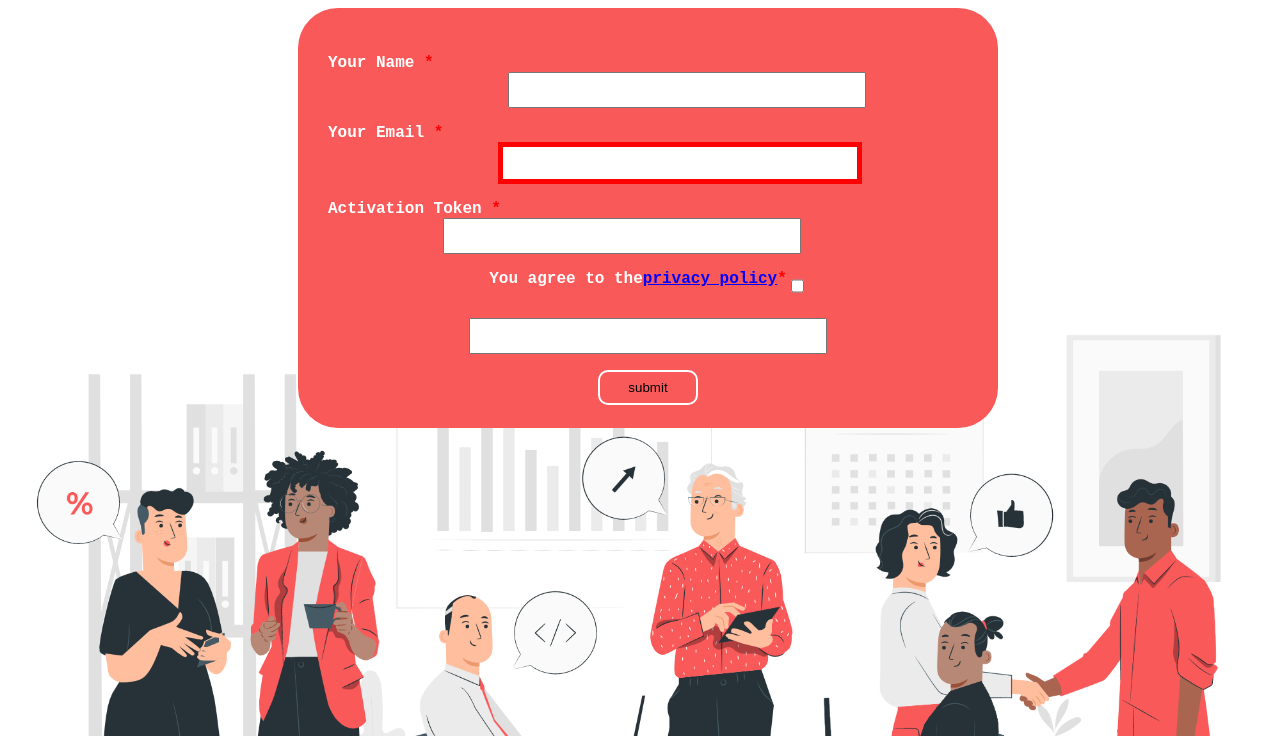
Repository: Rachael4life/Assignment-1
Page: starter-code/src/index.html
An editor plug-in stored every save of this project. The page is shown before and after the next save, followed by the edit.
The browser window is 1280 px wide. The page is 1288 px wide, so the pictures cover 1288 px, including what lies to the right of the window. The pictures show the whole page.

Above is the page before, as saved 2022-02-28 06:44:16.

After the next save:
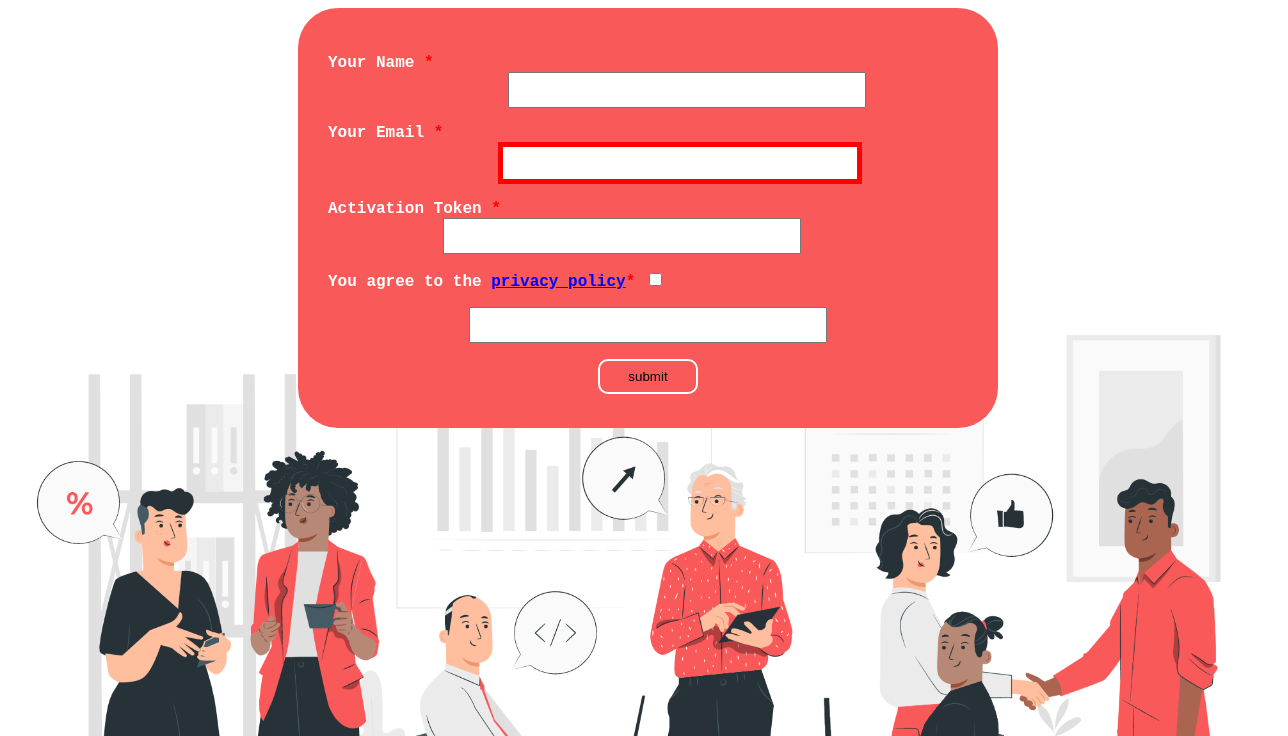
Saved 4 s later.
--- a/starter-code/src/style.css
+++ b/starter-code/src/style.css
@@ -60,7 +60,7 @@ button {
     height: 35px;
     width: 100px;
 }
-
+[]
 .water {
     align-content: center;
     justify-content: center;
